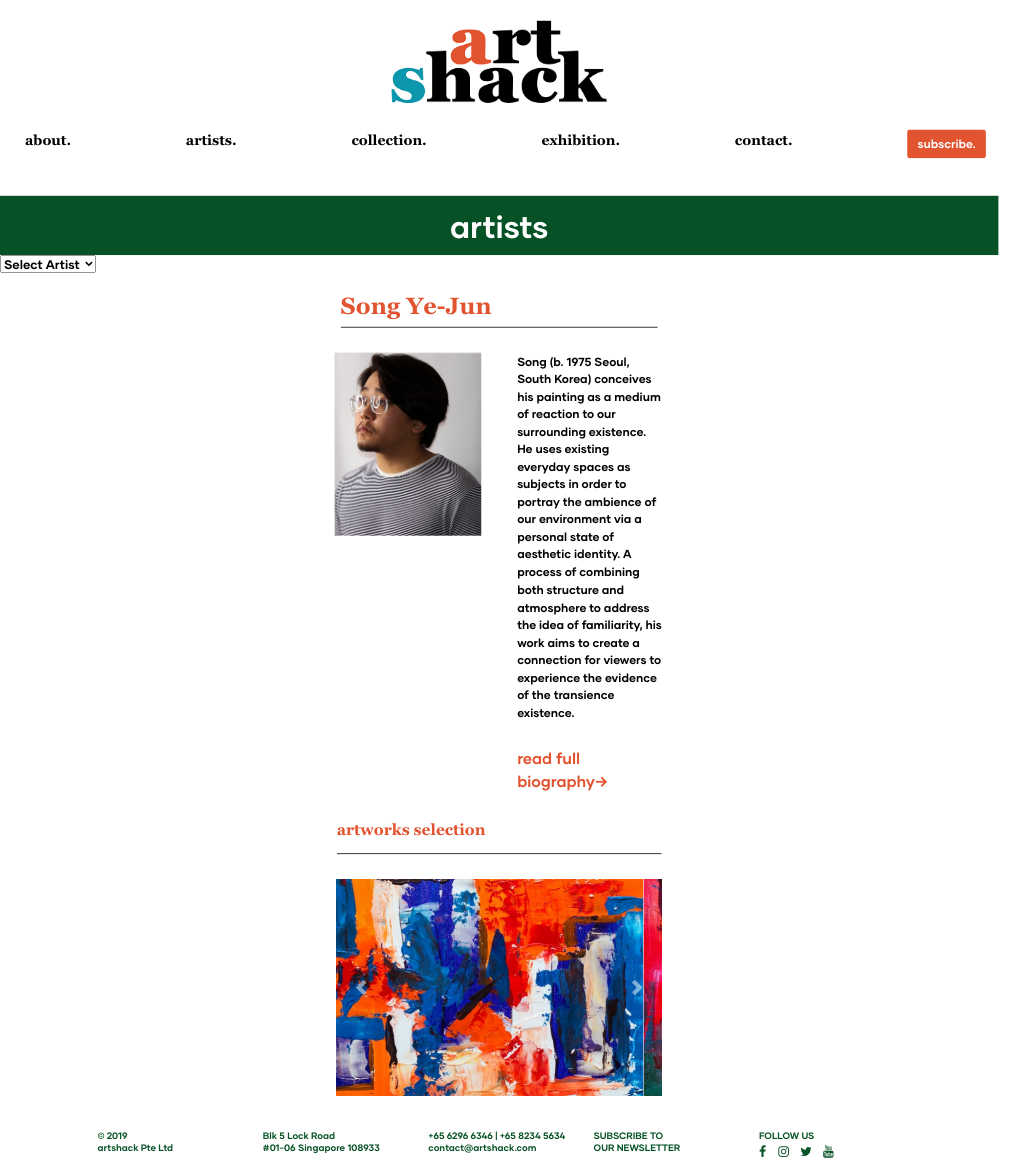
Repository: lynette-lyf/artshack
Page: songyejun.html
The author's editor kept a record of every edit. The page is drawn from the files as they stood at one moment, then again after the next edit.
The browser window is 1280 px wide. The page is 1310 px wide, so the pictures cover 1310 px, including what lies to the right of the window. The pictures show the whole page, at 78% of full size.

Above is the page before.
Not found: artists.css

After the next edit:
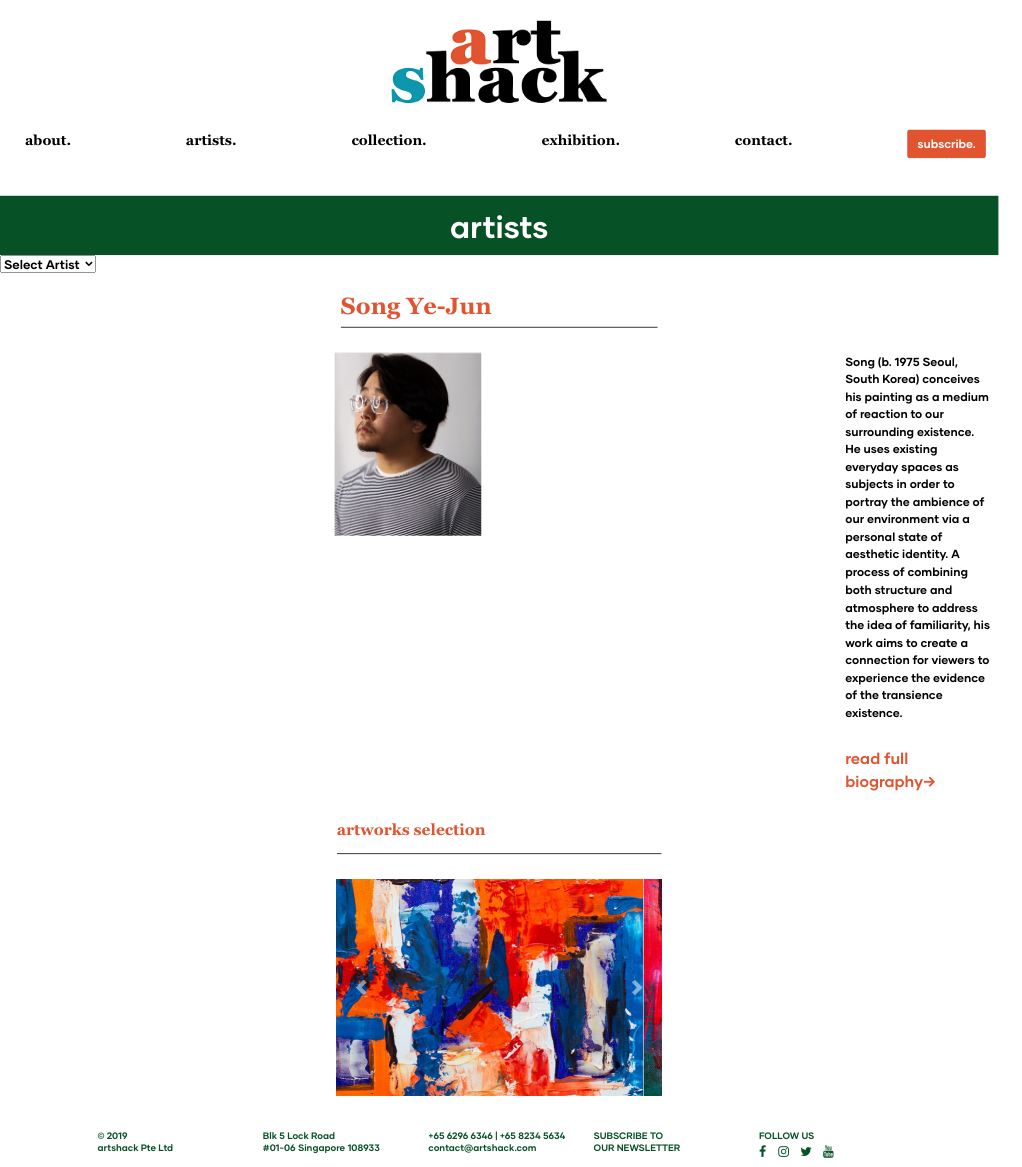
The edit:
--- a/songyejun.html
+++ b/songyejun.html
@@ -365,7 +365,7 @@
 <div class="row justify-content-center mx-auto">
 
 
-<div class="col col-xl-2 col-lg-4 col-md-5 col-sm-12 mx-2 my-2"><img class="img-fluid" src="images/artist2.jpg"></div>
+<div class="col col-xl-2 col-lg-4 col-md-5 col-sm-12 mx-2 my-2 mx-auto"><img class="img-fluid" src="images/artist2.jpg"></div>
 
 <div class="col col-xl-2 col-lg-4 col-md-5 col-sm-12 mx-2 my-2"><p>Song (b. 1975 Seoul, South Korea) conceives his painting
 as a medium of reaction to our surrounding existence. He uses existing everyday spaces as subjects in order to portray the
